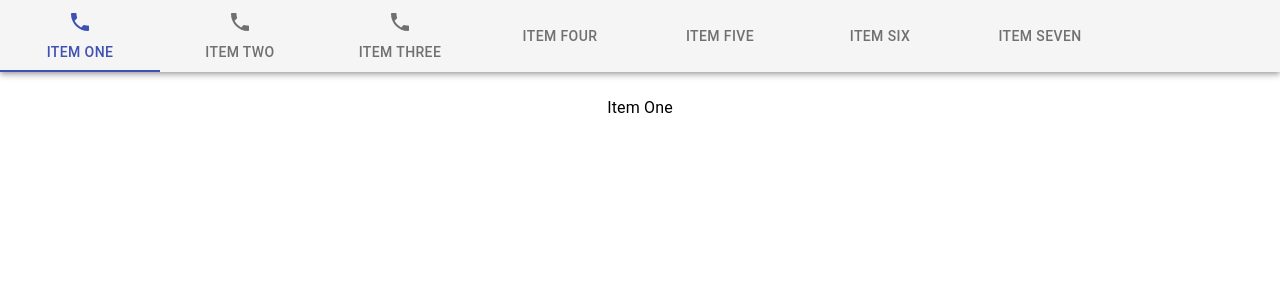
Repository: hossamsulleman1/CONTACTME
Page: / (app in my-app/)
An editor plug-in stored every save of this project. The page is shown before and after a run of saves, followed by the edit.
The browser window is 1280 px wide. The pictures show the whole page.
The project was rebuilt for these pictures with package versions that can differ from the ones it lists, and the page was loaded fresh each time.

Above is the page before, as saved 2020-11-07 13:40:14.

### my-app/src/App.js
import logo from './logo.svg';
import './App.css';
import IconNav from './Components/IconNav';

function App() {
  return (
    <div className="App">
<IconNav>

</IconNav>
    </div>
  );
}

export default App;

### my-app/src/Components/IconNav.jsx
import React from "react";
import PropTypes from "prop-types";
import { makeStyles } from "@material-ui/core/styles";
import AppBar from "@material-ui/core/AppBar";
import Tabs from "@material-ui/core/Tabs";
import Tab from "@material-ui/core/Tab";
import Typography from "@material-ui/core/Typography";
import Box from "@material-ui/core/Box";
import PhoneIcon from "@material-ui/icons/Phone";

function TabPanel(props) {
  const { children, value, index, ...other } = props;

  return (
    <div
      role="tabpanel"
      hidden={value !== index}
      id={`scrollable-auto-tabpanel-${index}`}
      aria-labelledby={`scrollable-auto-tab-${index}`}
      {...other}
    >
      {value === index && (
        <Box p={3}>
          <Typography>{children}</Typography>
        </Box>
      )}
    </div>
  );
}

TabPanel.propTypes = {
  children: PropTypes.node,
  index: PropTypes.any.isRequired,
  value: PropTypes.any.isRequired,
};

function a11yProps(index) {
  return {
    id: `scrollable-auto-tab-${index}`,
    "aria-controls": `scrollable-auto-tabpanel-${index}`,
  };
}

const useStyles = makeStyles((theme) => ({
  root: {
    flexGrow: 1,
    width: "100%",
    backgroundColor: theme.palette.background.paper,
  },
}));

export default function IconNav() {
  const classes = useStyles();
  const [value, setValue] = React.useState(0);

  const handleChange = (event, newValue) => {
    setValue(newValue);
  };

  return (
    <div className={classes.root}>
      <AppBar position="static" color="default">
        <Tabs
          value={value}
          onChange={handleChange}
          indicatorColor="primary"
          textColor="primary"
          variant="scrollable"
          scrollButtons="auto"
          aria-label="scrollable auto tabs example"
        >
          <Tab icon={<PhoneIcon />} label="Item One" {...a11yProps(0)} />
          <Tab icon={<PhoneIcon />} label="Item Two" {...a11yProps(1)} />
          <Tab icon={<PhoneIcon />} label="Item Three" {...a11yProps(2)} />
          <Tab label="Item Four" {...a11yProps(3)} />
          <Tab label="Item Five" {...a11yProps(4)} />
          <Tab label="Item Six" {...a11yProps(5)} />
          <Tab label="Item Seven" {...a11yProps(6)} />
        </Tabs>
      </AppBar>
      <TabPanel value={value} index={0}>
        Item One
      </TabPanel>
      <TabPanel value={value} index={1}>
        Item Two
      </TabPanel>
      <TabPanel value={value} index={2}>
        Item Three
      </TabPanel>
      <TabPanel value={value} index={3}>
        Item Four
      </TabPanel>
      <TabPanel value={value} index={4}>
        Item Five
      </TabPanel>
      <TabPanel value={value} index={5}>
        Item Six
      </TabPanel>
      <TabPanel value={value} index={6}>
        Item Seven
      </TabPanel>
    </div>
  );
}

Loaded but not shown: my-app/public/index.html (common file); my-app/src/index.js (common file); my-app/src/index.css (common file); my-app/src/reportWebVitals.js (common file); my-app/src/App.css (common file)

After the next 4 saves:
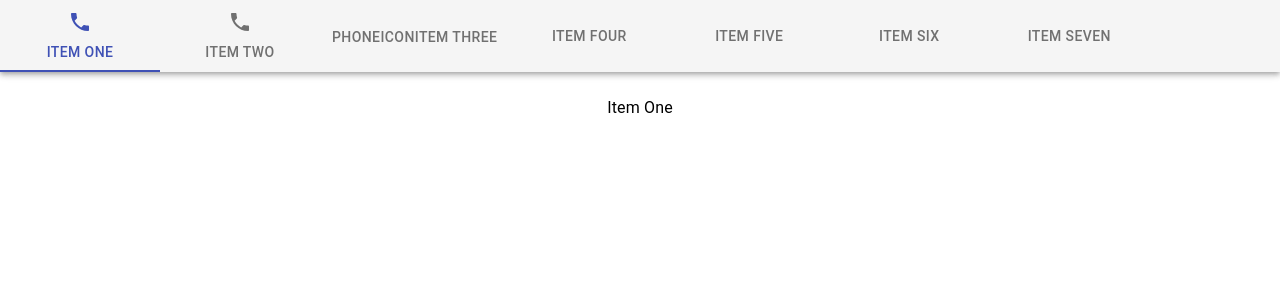
The 4 saves are shown as one change because they came seconds apart.
The last was saved 32 s later.
--- a/my-app/src/Components/IconNav.jsx
+++ b/my-app/src/Components/IconNav.jsx
@@ -71,7 +71,7 @@ export default function IconNav() {
         >
           <Tab icon={<PhoneIcon />} label="Item One" {...a11yProps(0)} />
           <Tab icon={<PhoneIcon />} label="Item Two" {...a11yProps(1)} />
-          <Tab icon={<PhoneIcon />} label="Item Three" {...a11yProps(2)} />
+          <Tab icon="PhoneIcon" label="Item Three" {...a11yProps(2)} />
           <Tab label="Item Four" {...a11yProps(3)} />
           <Tab label="Item Five" {...a11yProps(4)} />
           <Tab label="Item Six" {...a11yProps(5)} />
